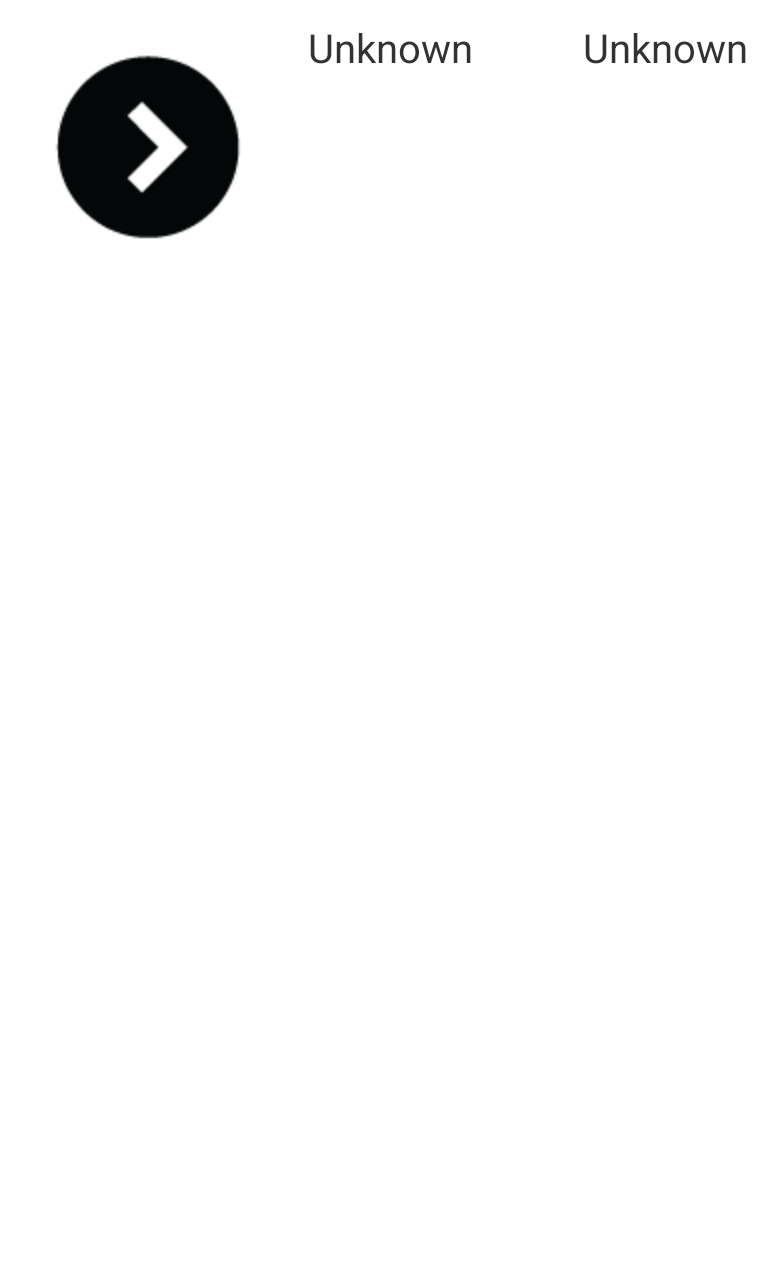
Repository: finerrecliner/SmartVent
Layout: SmartVent/res/layout/quick_room.xml
These files come from the project's save history. The layout is drawn as it stood at one moment and after the next save; the edit follows.
It is drawn on a 768 x 1280 px phone screen (xhdpi) without system bars, with theme AppTheme; the app's code is not run.

Above is the layout before, as saved 2013-11-03 18:27:17.

After the next save:
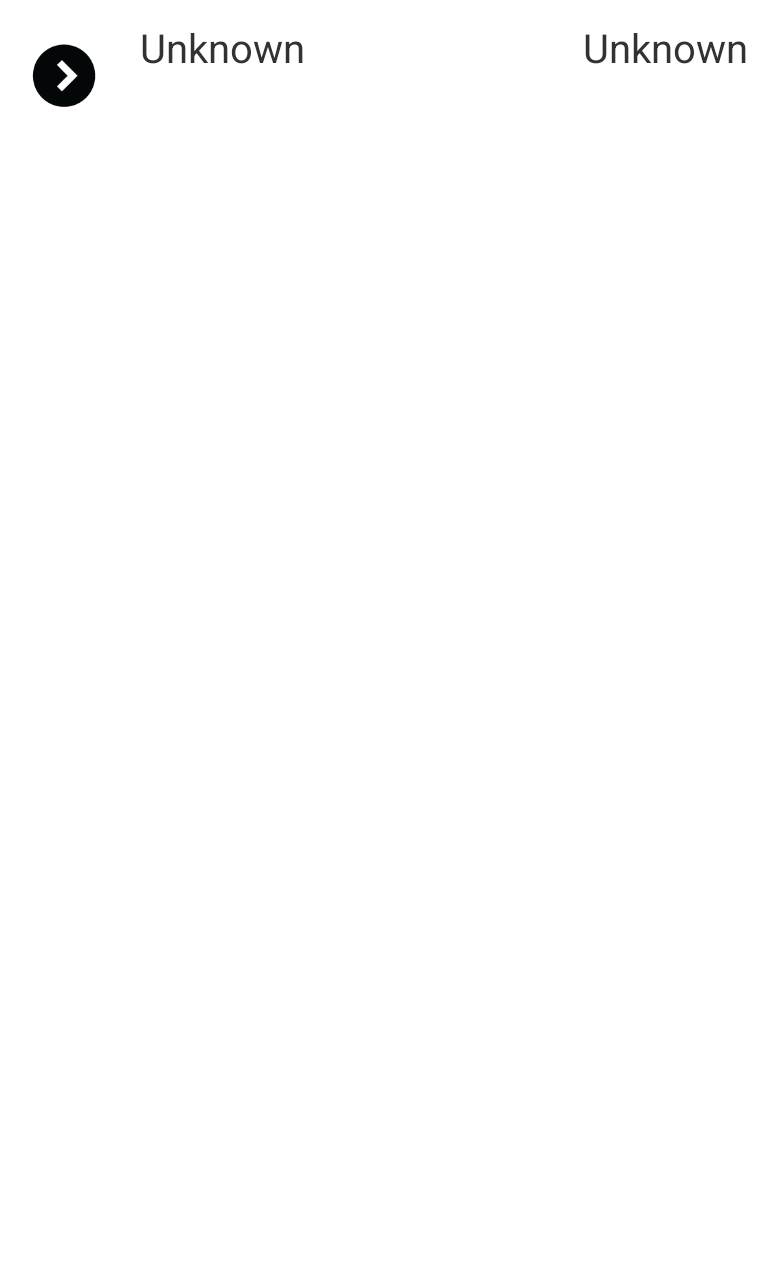
Saved 3 min 17 s later.
--- a/SmartVent/res/layout/quick_room.xml
+++ b/SmartVent/res/layout/quick_room.xml
@@ -11,8 +11,8 @@
 
     <ImageView
         android:id="@+id/icon"
-        android:layout_width="wrap_content"
-        android:layout_height="wrap_content"
+        android:layout_width="64dp"
+        android:layout_height="56dp"
         android:layout_marginRight="6dip"
         android:contentDescription="@string/unknown"
         android:paddingLeft="10dp"
